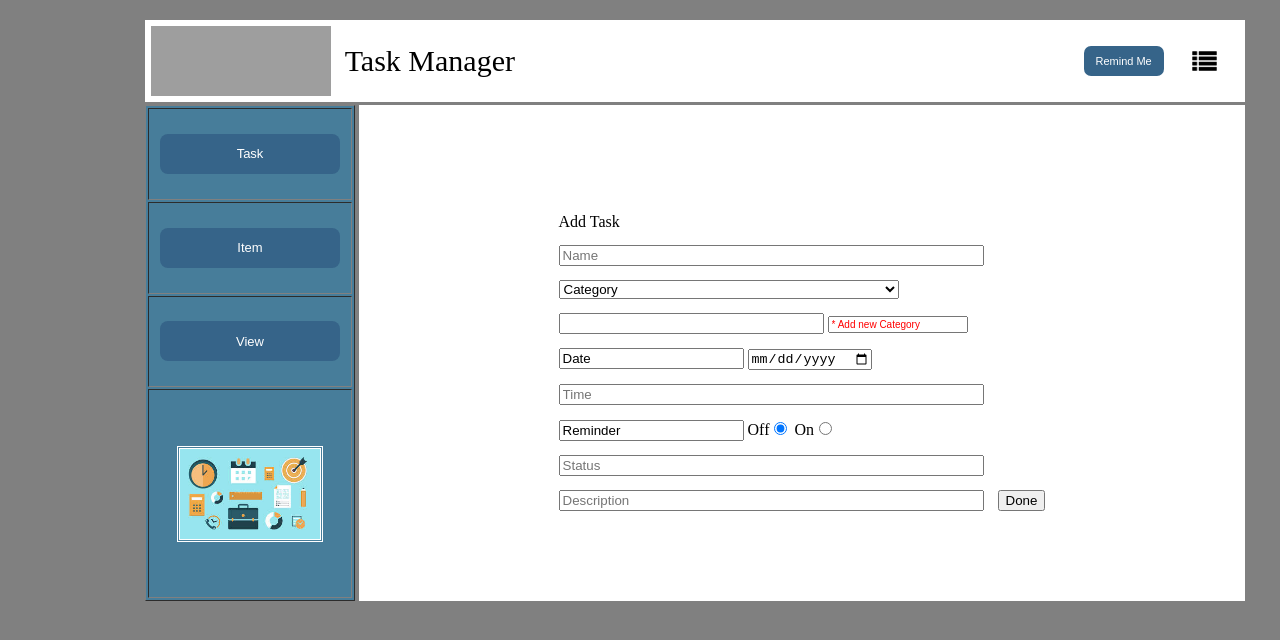
Repository: SnehaSalvi/TaskManagerProject
Page: http://localhost/TaskManagerChecklist/AddTask.jsp
The author's editor kept a copy of each file at every save. The page is drawn from the files as they stood at one save, then again after the next save.
The browser window is 1280 px wide. The pictures show the whole page.
Pictures or frames that could not be fetched are drawn as grey boxes. The page is served by Tomcat 9.

Above is the page before, as saved 2016-10-14 08:50:57.

After the next save:
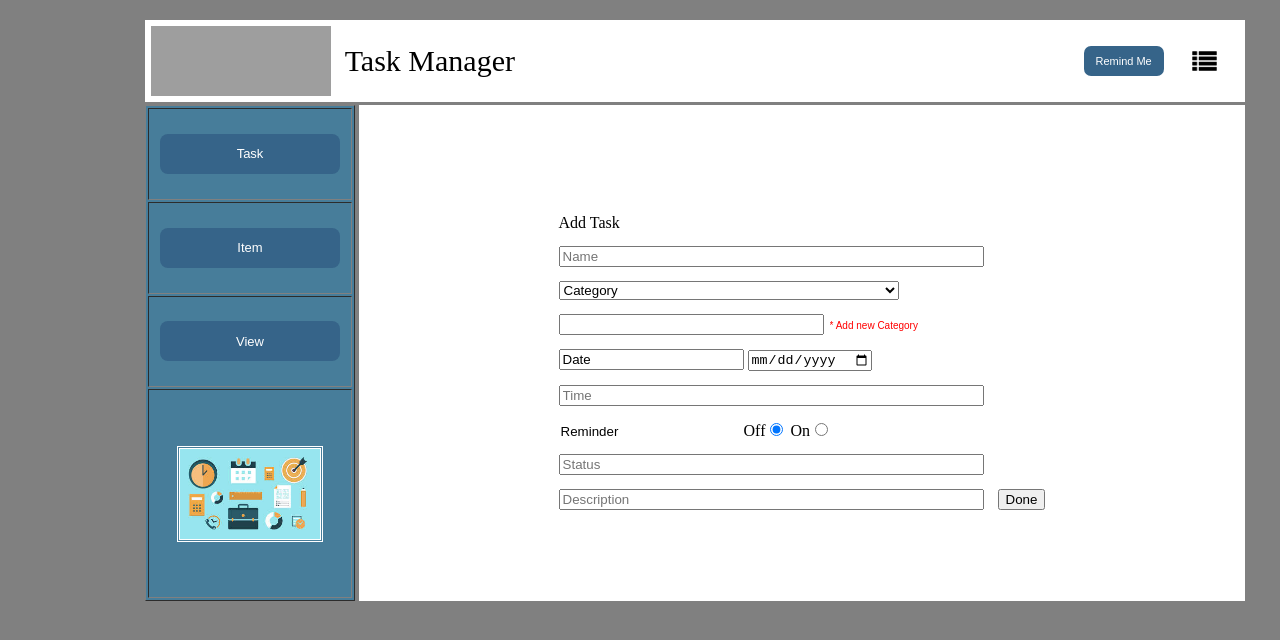
Saved 49 s later.
--- a/TaskManagerChecklist/WebContent/AddTask.jsp
+++ b/TaskManagerChecklist/WebContent/AddTask.jsp
@@ -104,7 +104,7 @@
 								</tr>
 								<tr>
 									<td colspan="2">
-										<input type="label" value="Reminder" required="required"/>
+										<input id="label2" type="label" value="Reminder" required="required"/>
 										Off<input type="radio" name="reminder" checked/>
 										On<input type="radio" name="reminder"/>
 									</td>
--- a/TaskManagerChecklist/WebContent/home.css
+++ b/TaskManagerChecklist/WebContent/home.css
@@ -148,6 +148,7 @@ tr
 {
 	color:red;
 	font-size: 10px;
+	border: none;
 }
 #label2
 {
